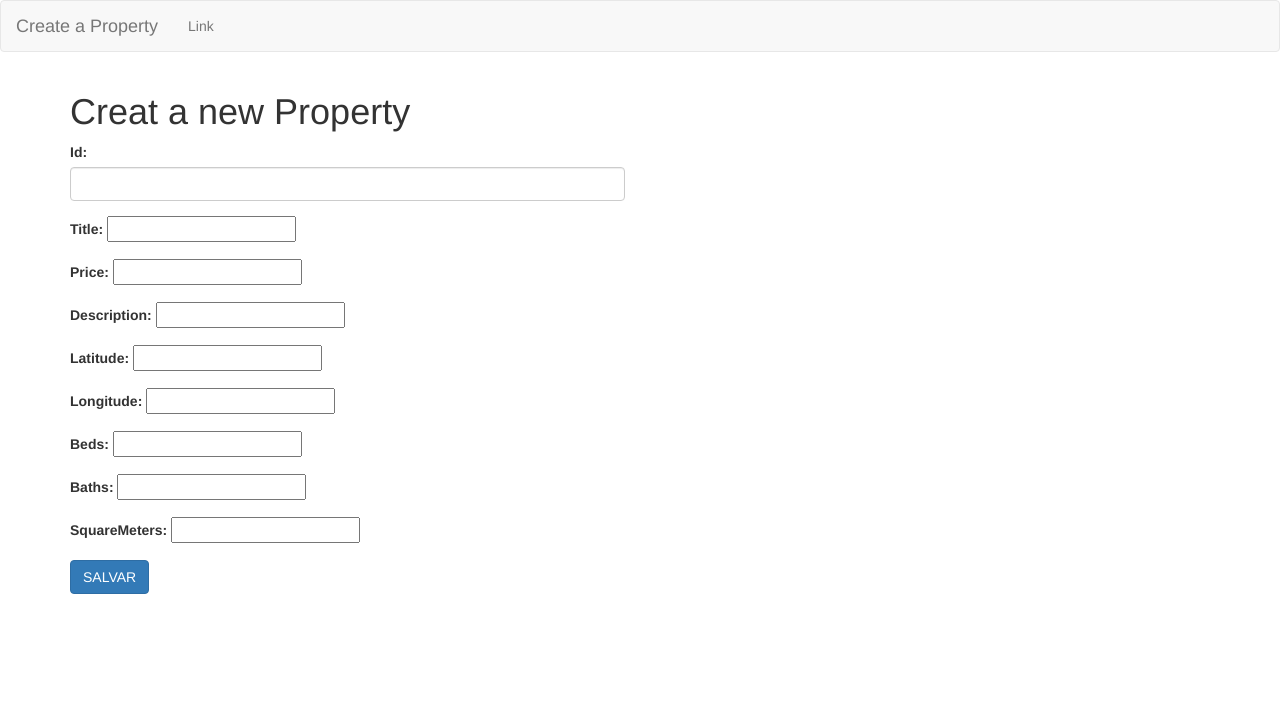
Repository: djoysilva/vivaRealChallenge
Page: http://localhost/vivaReal2.0/createProperty.jsp
An editor plug-in stored every save of this project. The page is shown before and after the next save, followed by the edit.
The browser window is 1280 px wide. The pictures show the whole page.
The page is served by Tomcat 9.

Above is the page before, as saved 2016-11-02 21:20:54.

After the next save:
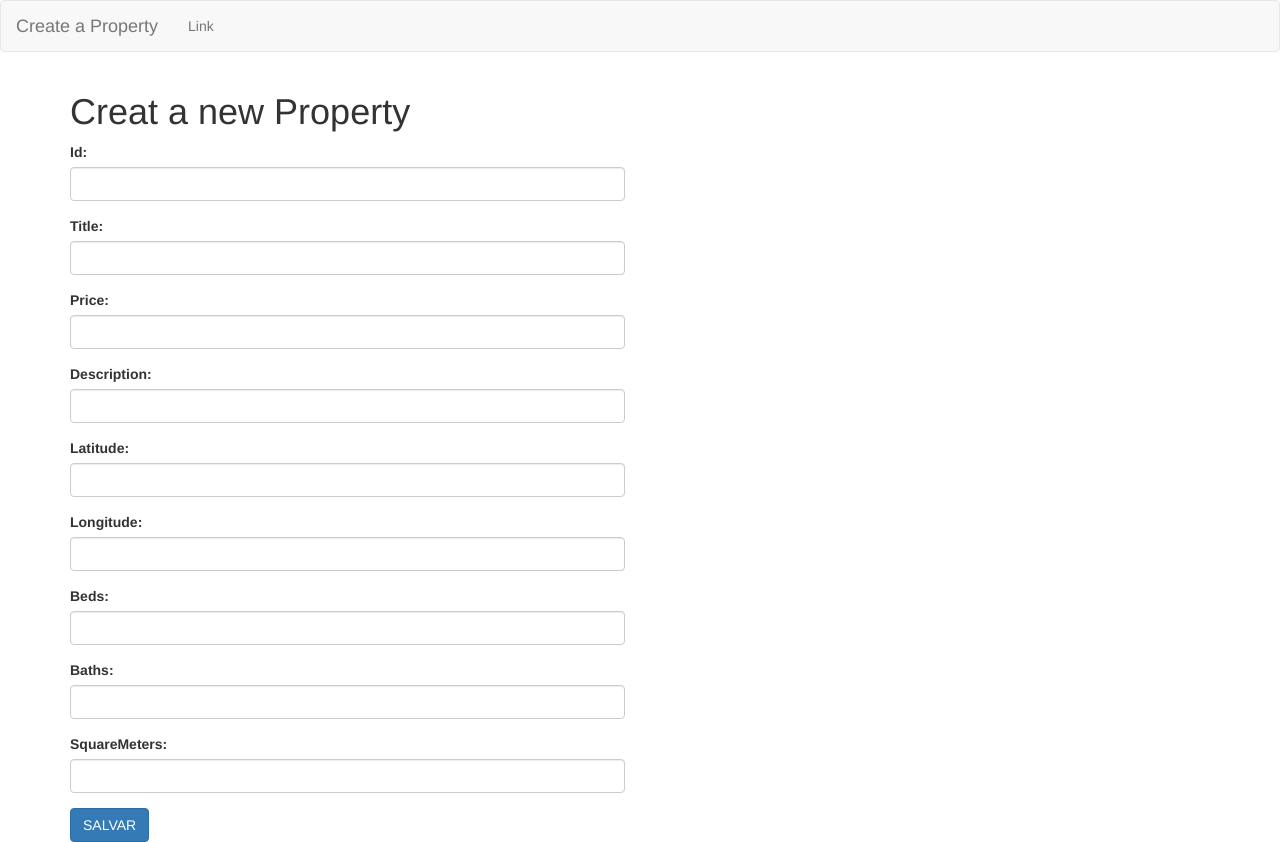
Saved 29 s later.
--- a/VivaRealWorkSpace/vivaReal2.0/WebContent/createProperty.jsp
+++ b/VivaRealWorkSpace/vivaReal2.0/WebContent/createProperty.jsp
@@ -21,35 +21,35 @@
 					</div>
 					<div class = "form-group">
 						<label for="idTitle">Title:</label>
-						<input type="text" name="title" id="idTitle">
+						<input type="text" name="title" id="idTitle" class="form-control">
 					</div>
 					<div class = "form-group">
 						<label for="idPrice">Price:</label>
-						<input type="text" name="price" id="idPrice">
+						<input type="text" name="price" id="idPrice" class="form-control">
 					</div>
 					<div class = "form-group">
 						<label for="idDesc">Description:</label>
-						<input type="text" name="description" id="idDesc">
+						<input type="text" name="description" id="idDesc" class="form-control">
 					</div>
 					<div class = "form-group">
 						<label for="idLatitude">Latitude:</label>
-						<input type="text" name="latitude" id="idLatitude">
+						<input type="text" name="latitude" id="idLatitude" class="form-control">
 					</div>
 					<div class = "form-group">
 						<label for="idLongitude">Longitude:</label>
-						<input type="text" name="longitude" id="idLongitude">
+						<input type="text" name="longitude" id="idLongitude" class="form-control">
 					</div>
 					<div class = "form-group">
 						<label for="idBeds">Beds:</label>
-						<input type="text" name="beds" id="idBeds">
+						<input type="text" name="beds" id="idBeds" class="form-control">
 					</div>
 					<div class = "form-group">
 						<label for="idBaths">Baths:</label>
-						<input type="text" name="baths" id="idBaths">
+						<input type="text" name="baths" id="idBaths" class="form-control">
 					</div>
 					<div class = "form-group">
 						<label for="idSquare">SquareMeters:</label>
-						<input type="text" name="square" id="idSquare">
+						<input type="text" name="square" id="idSquare" class="form-control">
 					</div>
 					<div>
 						<input type="submit" value="SALVAR" class="btn btn-primary">
